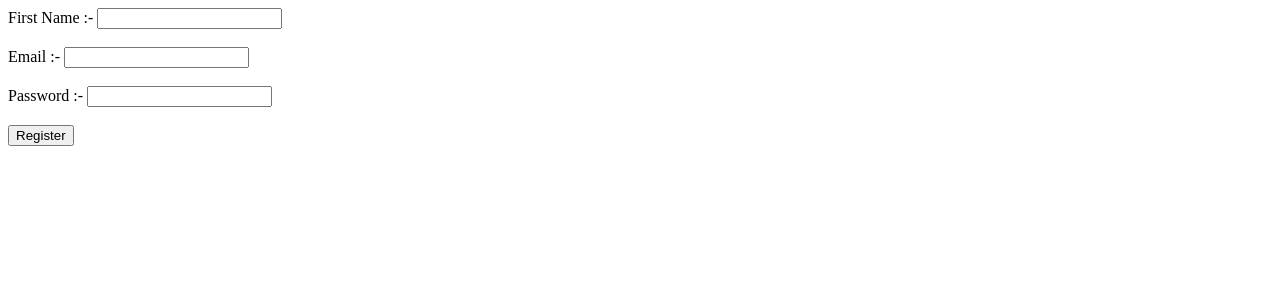
Repository: shzkhar/ISM_ADV_JAVA_23
Page: http://localhost/ServletDemo/RegistrationPage.jsp
The author's editor kept a copy of each file at every save. The page is drawn from the files as they stood at one save, then again after the next save.
The browser window is 1280 px wide. The pictures show the whole page.
The page is served by Tomcat 9. Other server files are loaded and not shown.

Above is the page before, as saved 2023-04-03 11:30:52.

### ServletDemo/src/main/webapp/RegistrationPage.jsp
<%@ page language="java" contentType="text/html; charset=ISO-8859-1"
    pageEncoding="ISO-8859-1"%>
<!DOCTYPE html>
<html>
<head>
<meta charset="ISO-8859-1">
<title>Insert title here</title>
</head>
<body>
    <form>
         First Name :- <input type="text" name="firstname"/><br><br>
         Email :- <input type="text" name="email"/><br><br>
         Password :- <input type="text" name="password"/><br><br>

         <input type="submit" value="Register"/>
     </form>
</body>
</html>

After the next save:
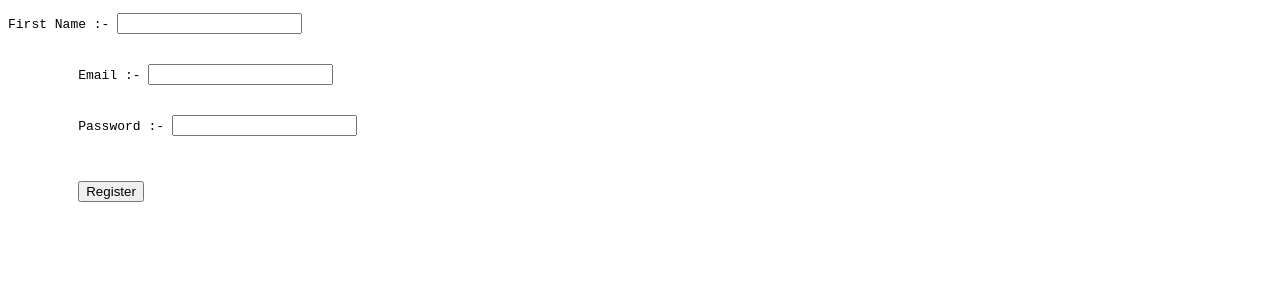
Saved 59 s later.
--- a/ServletDemo/src/main/webapp/RegistrationPage.jsp
+++ b/ServletDemo/src/main/webapp/RegistrationPage.jsp
@@ -8,11 +8,11 @@
 </head>
 <body>
     <form>
-         First Name :- <input type="text" name="firstname"/><br><br>
+         <pre>First Name :- <input type="text" name="firstname"/><br><br>
          Email :- <input type="text" name="email"/><br><br>
          Password :- <input type="text" name="password"/><br><br>
 
-         <input type="submit" value="Register"/>
+         <input type="submit" value="Register"/><pre></pre>
      </form>
 </body>
 </html>
